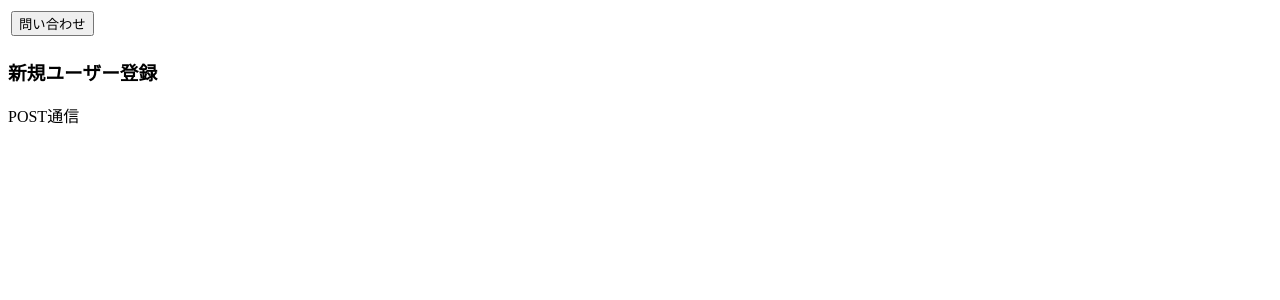
Repository: REDsky96/test
Page: http://localhost/PracticeWebpro/
An editor plug-in stored every save of this project. The page is shown before and after the next save, followed by the edit.
The browser window is 1280 px wide. The pictures show the whole page.
The page is served by Tomcat 9.

Above is the page before, as saved 2018-11-12 06:49:51.

After the next save:
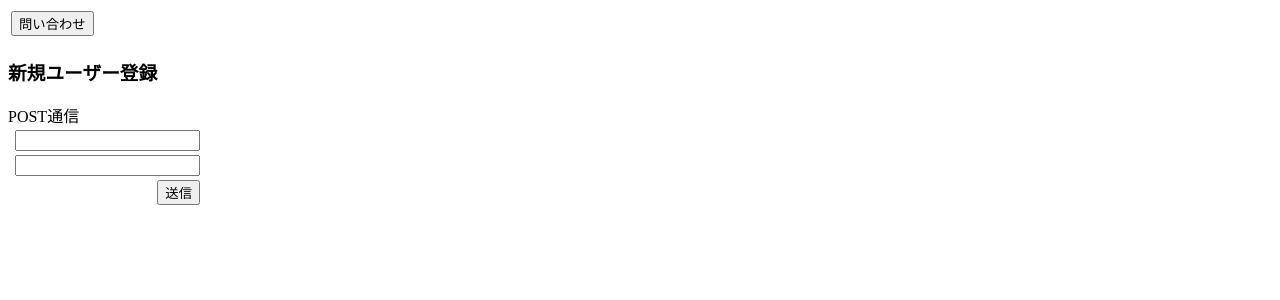
Saved 61 s later.
--- a/PracticeWebpro/WebContent/index.jsp
+++ b/PracticeWebpro/WebContent/index.jsp
@@ -15,7 +15,9 @@
   <h3>新規ユーザー登録</h3>
   POST通信
   <s:form method = "post" action = "TestAction">
-
+    <s:textfield name = "username"/>
+    <s:password name = "password"/>
+    <s:submit value = "送信"/>
   </s:form>
 
 </body>
